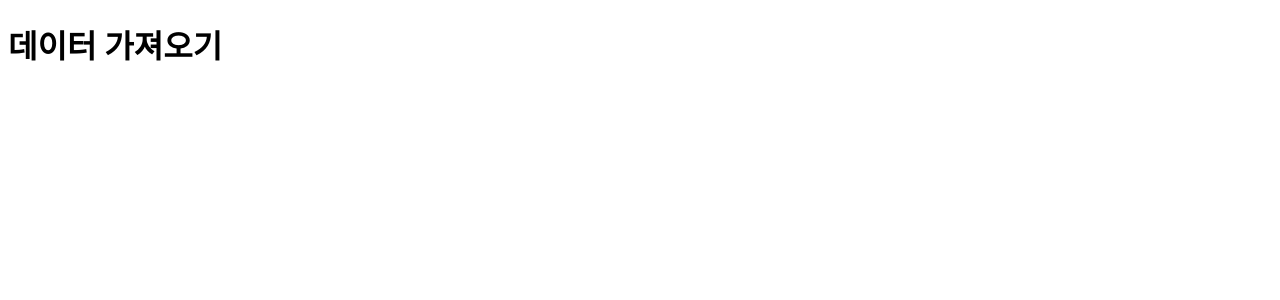
Repository: lafayetteey/WorkSpace_JQ_Ajax
Page: workspace_jq_Ajax/UI_JQ_Ajax/WebContent/jq22_ajax.html
The author's editor kept a copy of each file at every save. The page is drawn from the files as they stood at one save, then again after the next save.
The browser window is 1280 px wide. The pictures show the whole page.

Above is the page before, as saved 2020-06-22 10:16:19.

### workspace_jq_Ajax/UI_JQ_Ajax/WebContent/jq22_ajax.html
<!DOCTYPE html>
<html>
<head>
<meta charset="UTF-8">
<title>Insert title here</title>
</head>
<body>
	<h1>데이터 가져오기 </h1>
</body>
</html>

After the next save:
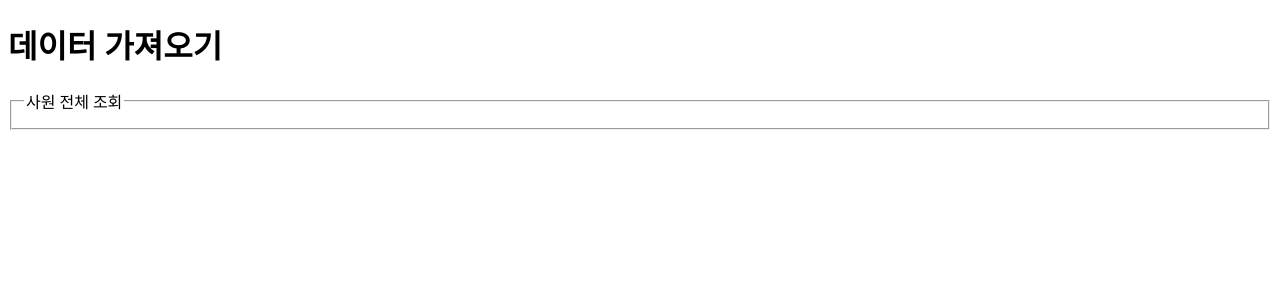
Saved 23 s later.
--- a/workspace_jq_Ajax/UI_JQ_Ajax/WebContent/jq22_ajax.html
+++ b/workspace_jq_Ajax/UI_JQ_Ajax/WebContent/jq22_ajax.html
@@ -6,5 +6,8 @@
 </head>
 <body>
 	<h1>데이터 가져오기 </h1>
+	<fieldset>
+		<legend>사원 전체 조회 </legend>
+	</fieldset>
 </body>
 </html>
